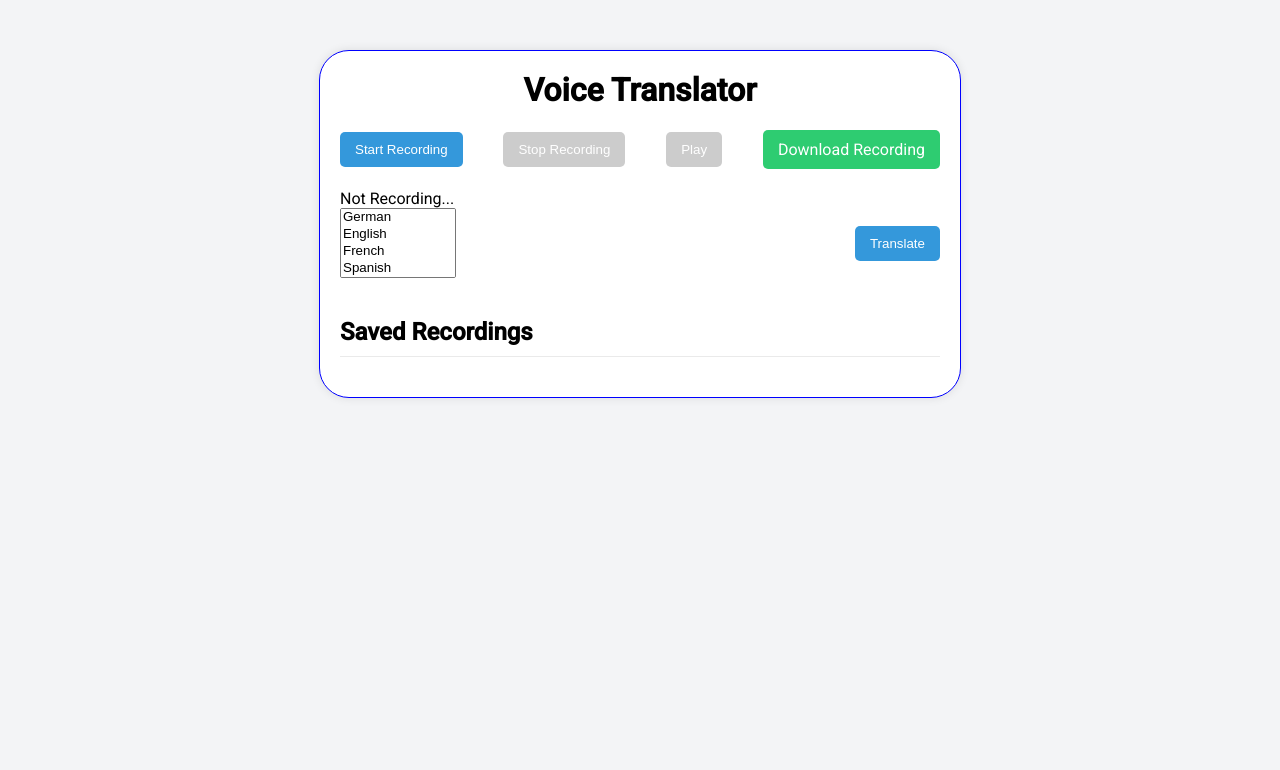
Repository: Tobby004/voice-and-text-translator
Page: index.html
These files come from the project's save history. The page is drawn as it stood at one moment and after the next save; the edit follows.
The browser window is 1280 px wide. The pictures show the whole page.

Above is the page before, as saved 2023-09-01 12:53:34.
Console error: ReferenceError: populateLanguageDropdown is not defined

After the next save:
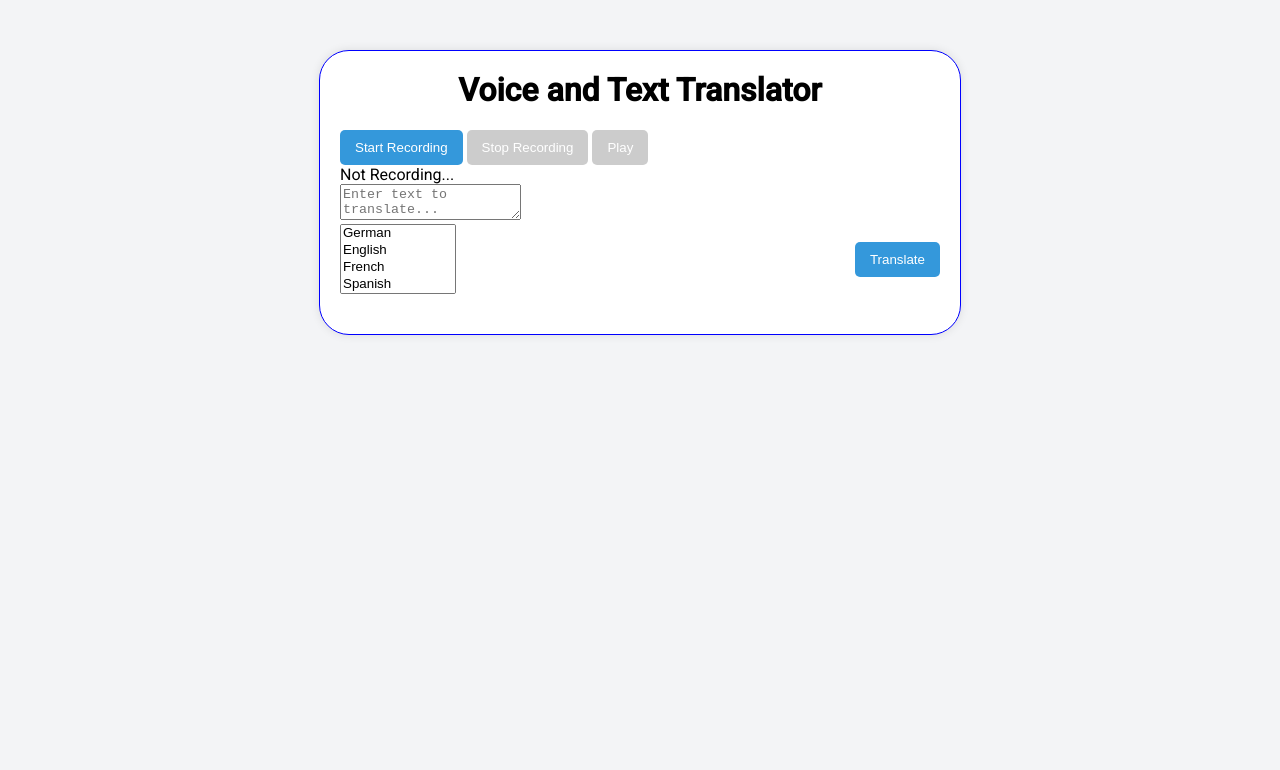
Saved 2 h 43 min later.
--- a/index.html
+++ b/index.html
@@ -4,33 +4,33 @@
     <meta charset="UTF-8">
     <meta http-equiv="X-UA-Compatible" content="IE=edge">
     <meta name="viewport" content="width=device-width, initial-scale=1.0">
-    <title>Voice Translator</title>
+    <title>Voice and Text Translator</title>
     <link rel="stylesheet" href="style.css">
     <link href="https://fonts.googleapis.com/css2?family=Roboto:wght@400;500&display=swap" rel="stylesheet">
 </head>
 <body>
     <div class="container">
-        <h1>Voice Translator</h1>
-        <div class="controls">
+        <h1>Voice and Text Translator</h1>
+
+        <div class="voice-controls">
             <button id="startRecord">Start Recording</button>
             <button id="stopRecord" disabled>Stop Recording</button>
             <button id="playAudio" disabled>Play</button>
-            <a id="downloadAudio" href="#" download="recording.wav">Download Recording</a>
+            <a id="downloadAudio" href="#" download="recording.wav" style="display: none;">Download Recording</a>
+            <div id="recordingStatus">Not Recording...</div>
+            <audio id="audioPlayer" controls style="display:none;"></audio>
         </div>
-        <div id="recordingStatus">Not Recording...</div>
+
+        <div class="text-controls">
+            <textarea id="inputText" placeholder="Enter text to translate..."></textarea>
+        </div>
 
         <div class="translation-controls">
             <select id="languageSelect" multiple></select>
             <button id="translate">Translate</button>
         </div>
-
         <div id="translatedTextContainer">
             <!-- Translated texts will be appended here -->
-        </div>
-
-        <div id="savedRecordings">
-            <h2>Saved Recordings</h2>
-            <!-- Previous recordings will be appended here -->
         </div>
     </div>
     <script src="app.js"></script>
